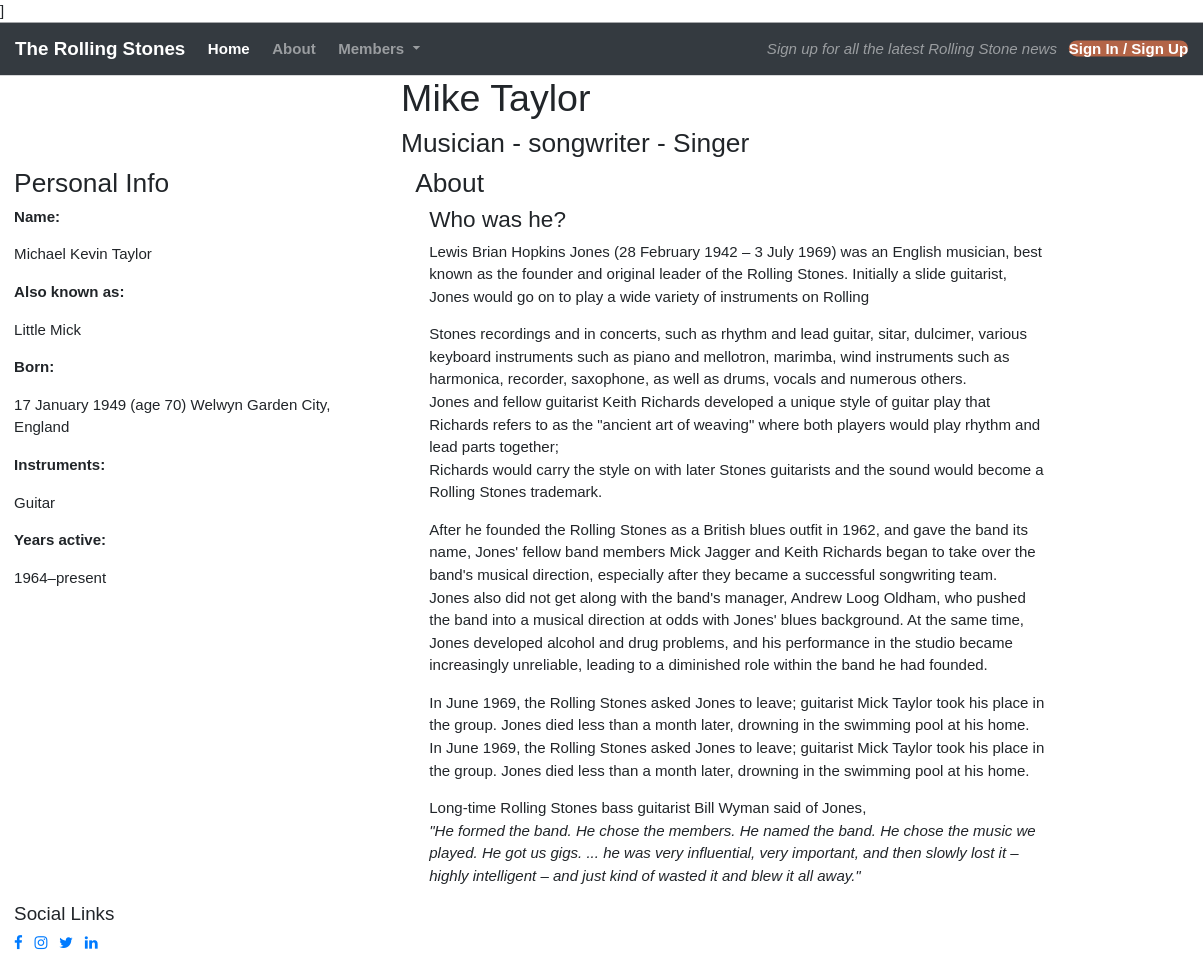
Repository: TecDruid/rolling-stones-fan-site
Page: mike-taylor.html
The author's editor kept a record of every edit. The page is drawn from the files as they stood at one moment, then again after the next edit.
The browser window is 1280 px wide. The pictures show the whole page, at 94% of full size.
Some web fonts or font styles are not loaded; a fallback is used. Some web libraries are served in a nearby version.

Above is the page before.

### mike-taylor.html
<!DOCTYPE html>
<html lang="en">

<head>
    <meta charset="utf-8">
    <meta name="viewport" content="width=device-width, initial-scale=1.0">
    <link rel="stylesheet" href="https://maxcdn.bootstrapcdn.com/bootstrap/4.1.3/css/bootstrap.min.css">
    <link rel="stylesheet" href="https://use.fontawesome.com/releases/v5.6.1/css/all.css" integrity="sha384-gfdkjb5BdAXd+lj+gudLWI+BXq4IuLW5IT+brZEZsLFm++aCMlF1V92rMkPaX4PP" crossorigin="anonymous">
    <link rel="stylesheet" href="https://stackpath.bootstrapcdn.com/font-awesome/4.7.0/css/font-awesome.min.css" type="text/css" />
    <link href="https://fonts.googleapis.com/css?family=Stylish" rel="stylesheet">
    <link rel="stylesheet" href="css/style.css" type="text/css" />
    <title>Mike Taylor</title>
</head>

<body>

    <!----------------------------------------Nav--------------------------------------------->]


    <div class="nav-container"></div>
    <nav class="navbar navbar-dark navbar-expand-sm bg-dark">
        <a href="/" class="navbar-brand">
                    The Rolling Stones</a>

        <button class="navbar-toggler ml-auto" type="button" data-toggle="collapse" data-target="#navbarNavDropdown" aria-controls="navbarNavDropdown" aria-expanded="false" aria-label="Toggle navigation">
        <span class="navbar-toggler-icon"></span></button>

        <div class="collapse navbar-collapse" id="navbarNavDropdown">
            <ul class="navbar-nav mr-auto">
                <li class="active nav-item mr-2"><a class="nav-link" href="/">Home</a></li>
                <li class="nav-item mr-2"><a class="nav-link" href="">About</a></li>
                <li class="nav-item dropdown">
                    <a class="nav-link dropdown-toggle" href="#" id="navbarDropdownMenuLink" role="button" data-toggle="dropdown" aria-haspopup="true" aria-expanded="false">
          Members
        </a>
                    <div class="dropdown-menu" aria-labelledby="navbarDropdownMenuLink">
                        <a class="dropdown-item" href="members/brian-jones.html">Brian Jones</a>
                        <a class="dropdown-item" href="members/mick-jagger.html">Mick Jagger</a>
                        <a class="dropdown-item" href="members/keith-richards.html">Keith Richards</a>
                        <a class="dropdown-item" href="members/bill-wyman.html">Bill Wyman</a>
                        <a class="dropdown-item" href="members/charlie-watts.html">Charlie Watts</a>
                        <a class="dropdown-item" href="members/ronnie-wood.html">Ronnie Wood</a>
                        <a class="dropdown-item" href="members/ian-stewart.html">Ian Stewart</a>
                        <a class="dropdown-item" href="members/mike-taylor.html">Mick Taylor</a>
                    </div>
                </li>

                <li class="nav-item mr-2 d-block d-sm-none"><a class="nav-link" href="">Sign In / Sign Up</a></li>
            </ul>
        </div>
        <div class="d-none d-md-block">
            <p class="navbar-text my-auto mr-2"><i>Sign up for all the latest Rolling Stone news</i></p>
            <a href="/login " class="btn--cta btn--brown">Sign In / Sign Up</a>
        </div>
    </nav>

    <!-- -------------------------- The Header ---------------------------- -->

    <header>
        <div class="row no-gutters">
            <a class="col-md-4 logo" href="index.html"></a>
            <div class="col-md-8">
                <div class="row no-gutters bg-color-name-title">
                    <div class="col heading">
                        <h1 class="name">Mike Taylor</h1>
                        <h3 class="title"> Musician - songwriter - Singer</h3>
                    </div>
                </div>
            </div>
        </div>
    </header>

    <!-- -------------------------- The Section ---------------------------- -->

    <section class="container-fluid">
        <div class="row">
            <div class="col-md-4 bg-colour-personal-info section-column">
                <div class="row">
                    <div class="col-12">
                        <h3 class="section-heading uppercase">Personal Info</h3>
                    </div>
                </div>
                <div class="personal-info-item">
                    <div class="key">
                        <p class="uppercase">
                            <strong>Name:</strong>
                        </p>
                    </div>
                    <div class="value">
                        <p>
                            Michael Kevin Taylor
                        </p>
                    </div>
                </div>
                <div class="personal-info-item">
                    <div class="key">
                        <p class="uppercase">
                            <strong>Also known as:</strong>
                        </p>
                    </div>
                    <div class="value">
                        <p>
                            Little Mick
                        </p>
                    </div>
                </div>
                <div class="personal-info-item">
                    <div class="key">
                        <p class="uppercase">
                            <strong>Born:</strong>
                        </p>
                    </div>
                    <div class="value">
                        <p>
                            17 January 1949 (age 70) Welwyn Garden City, England
                        </p>
                    </div>
                </div>
                <div class="personal-info-item">
                    <div class="key">
                        <p class="uppercase">
                            <strong>Instruments:</strong>
                        </p>
                    </div>
                    <div class="value">
                        <p>
                            Guitar
                        </p>
                    </div>
                </div>
                <div class="personal-info-item">
                    <div class="key">
                        <p class="uppercase">
                            <strong> Years active:</strong>
                        </p>
                    </div>
                    <div class="value">
                        <p>
                            1964–present
                        </p>
                    </div>
                </div>
            </div>

            <div class="col-md-8 bg-colour-three-reasons section-column">
                <div class="row">
                    <div class="col">
                        <h3 class="section-heading uppercase">About</h3>
                    </div>
                </div>
                <!-- <div class="row">
                    <div class="col-10 offset-1 offset-sm-0 col-sm-4 col-md-6">
                        <div class="row">
                            <div class="col-2">
                                <i class="three-reasons-icon fa fa-question" aria-hidden="true"></i>
                            </div> -->
                <div class="col-10">
                    <h4 class="three-reasons-heading uppercase">Who was he?</h4>
                    <p>
                        Lewis Brian Hopkins Jones (28 February 1942 – 3 July 1969) was an English musician, best known as the founder and original leader of the Rolling Stones. Initially a slide guitarist, Jones would go on to play a wide variety of instruments on Rolling
                    </p>

                    <p>
                        Stones recordings and in concerts, such as rhythm and lead guitar, sitar, dulcimer, various keyboard instruments such as piano and mellotron, marimba, wind instruments such as harmonica, recorder, saxophone, as well as drums, vocals and numerous others.<br/>                        Jones and fellow guitarist Keith Richards developed a unique style of guitar play that Richards refers to as the "ancient art of weaving" where both players would play rhythm and lead parts together;<br/> Richards would carry the
                        style on with later Stones guitarists and the sound would become a Rolling Stones trademark.
                    </p>
                    <p>
                        After he founded the Rolling Stones as a British blues outfit in 1962, and gave the band its name, Jones' fellow band members Mick Jagger and Keith Richards began to take over the band's musical direction, especially after they became a successful songwriting
                        team.
                        <br/> Jones also did not get along with the band's manager, Andrew Loog Oldham, who pushed the band into a musical direction at odds with Jones' blues background. At the same time, Jones developed alcohol and drug problems, and
                        his performance in the studio became increasingly unreliable, leading to a diminished role within the band he had founded.
                    </p>
                    <p>
                        In June 1969, the Rolling Stones asked Jones to leave; guitarist Mick Taylor took his place in the group. Jones died less than a month later, drowning in the swimming pool at his home. In June 1969, the Rolling Stones asked Jones to leave; guitarist Mick
                        Taylor took his place in the group. Jones died less than a month later, drowning in the swimming pool at his home.
                    </p>
                    <p>Long-time Rolling Stones bass guitarist Bill Wyman said of Jones, <br/><i>"He formed the band. He chose the members. He named the band. He chose the music we played. He got us gigs. ... he was very influential, very important, and then slowly
                        lost it – highly intelligent – and just kind of wasted it and blew it all away."</i>
                    </p>
                </div>
            </div>
        </div>

        </div>
        </div>
        </div>

    </section>

    <!-- -------------------------- The Footer ---------------------------- -->

    <footer class="container-fluid">
        <div id="footer-details" class="row">
            <div class="col-sm-4">
                <h5 class="uppercase general-sub">Social Links</h5>

                <ul class="list-inline social-links">
                    <li class="list-inline-item">
                        <a target="_blank" href="#">
                            <i class="fa fa-facebook" aria-hidden="true"></i>
                            <span class="sr-only">Facebook</span>
                        </a>
                    </li>
                    <li class="list-inline-item">
                        <a target="_blank" href="#">
                            <i class="fa fa-instagram" aria-hidden="true"></i>
                            <span class="sr-only">Instagram</span>
                            </a>
                    </li>

                    <li class="list-inline-item">
                        <a target="_blank" href="#">
                            <i class="fa fa-twitter" aria-hidden="true"></i>
                            <span class="sr-only">Twitter</span>
                            </a>
                    </li>
                    <li class="list-inline-item">
                        <a target="_blank" href="#">
                            <i class="fa fa-linkedin" aria-hidden="true"></i>
                            <span class="sr-only">LinkedIn</span>
                        </a>
                    </li>
                </ul>

            </div>
        </div>
    </footer>
</body>

</html>

### css/style.css
body {
    font-family: 'Stylish', sans-serif;
}

/* Containers */

.nav-container {
    position: absolute;
    top: 0;
    right: 0;
    margin-left: 0;
    margin-right: 0;
    z-index: 1;

}

.navbar .navbar-brand {
    font-weight: bold;
}

.navbar .navbar-nav a {
    font-weight: bold;
}

.navbar-toggler {
    border-width: 0;
}

.alert-warning {
    padding-left: 10;
    padding-right: 0;
    color: #fff;
    background-color: #c9572b;
}

.alert {
    margin-bottom: 0;
    border-width: 0;
    border-radius: 0;
}

.callout-container {
    height: 100vh;

    background: url('../img/the-rolling-stones-bg.jpg') no-repeat bottom right fixed;
    -webkit-background-size: cover;
    -moz-background-size: cover;
    -o-background-size: cover;
    background-size: cover;

    display: flex;
    align-items: center;
    justify-content: center;

    position: relative;
}

.callout2-container {
    height: 100vh;

    background: url('../img/the-rolling-stones-bg2.jpg') no-repeat bottom right fixed;
    -webkit-background-size: cover;
    -moz-background-size: cover;
    -o-background-size: cover;
    background-size: cover;

    display: flex;
    align-items: center;
    justify-content: center;

    position: relative;
}

.opaque-overlay {
    position: absolute;
    top: 0;
    left: 0;
    height: 100%;
    width: 100%;
    background-color: rgba(0, 0, 0, 0.5);
}

.features-container {
    background-color: #c9572b;
}

/* Block dividers */

.block-divider {
    width: 175px;
    height: 5px;
    border: 0;
    background-color: #444;
}

.block-divider--orange {
    background-color: #f88f10;
}

.block-divider--short {
    width: 35px;
}

/* Jumbotron */

.jumbotron {
    background-color: transparent;
}

.jumbotron h1 {
    color: white;
    font-weight: bold;
    margin-bottom: 30px;
    color: white;
}

.jumbotron .lead {
    color: #a7a7a7;
    margin: 25px 0;
}

.jumbotron small {
    font-size: 60%;
    font-style: italic;
    color: #d0d0d0;
}

/* Buttons */

.btn--cta {
    font-weight: bold;
    border-radius: 23px;
    width: 160px;
}

.btn--brown {
    color: white;
    background-color: #b36447;
    border-color: #b36447;
}

.btn--brown:hover,
.btn--brown:active,
.btn--brown:focus,
.btn--brown:active:focus {
    background-color: #df4929;
    border-color: #df4929;
    color: white;
}

After the next edit:
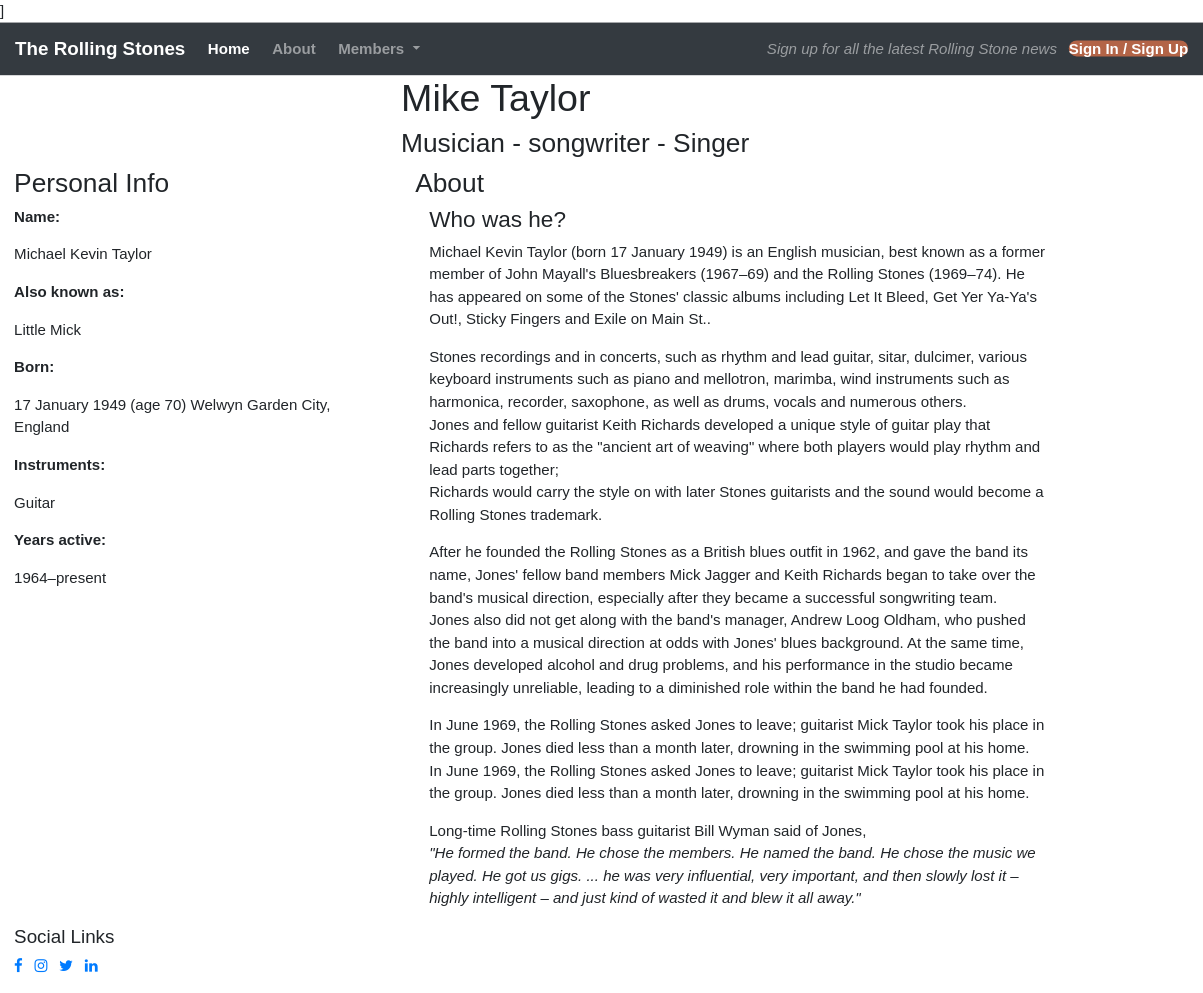
The edit:
--- a/mike-taylor.html
+++ b/mike-taylor.html
@@ -157,7 +157,7 @@
                 <div class="col-10">
                     <h4 class="three-reasons-heading uppercase">Who was he?</h4>
                     <p>
-                        Lewis Brian Hopkins Jones (28 February 1942 – 3 July 1969) was an English musician, best known as the founder and original leader of the Rolling Stones. Initially a slide guitarist, Jones would go on to play a wide variety of instruments on Rolling
+                        Michael Kevin Taylor (born 17 January 1949) is an English musician, best known as a former member of John Mayall's Bluesbreakers (1967–69) and the Rolling Stones (1969–74). He has appeared on some of the Stones' classic albums including Let It Bleed, Get Yer Ya-Ya's Out!, Sticky Fingers and Exile on Main St..
                     </p>
 
                     <p>
